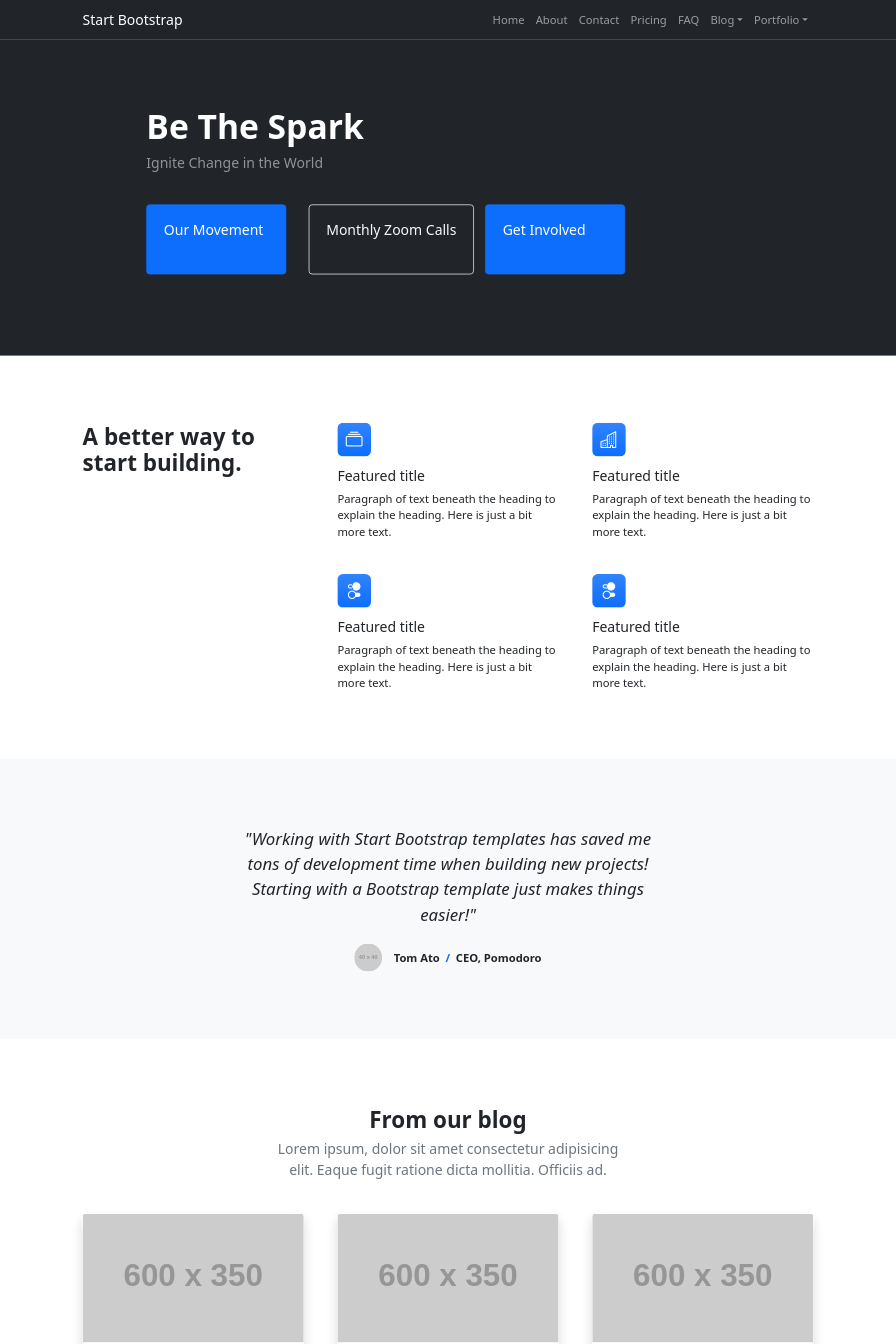
Repository: DragonFruit8/BeTheSpark
Page: index.html
An editor plug-in stored every save of this project. The page is shown before and after the next save, followed by the edit.
The browser window is 1280 px wide. The pictures show the part of the page from y = 0 to 1920 px (the page is 2652 px tall), at 70% of full size.

Above is the page before, as saved 2024-01-05 08:36:30.

After the next save:
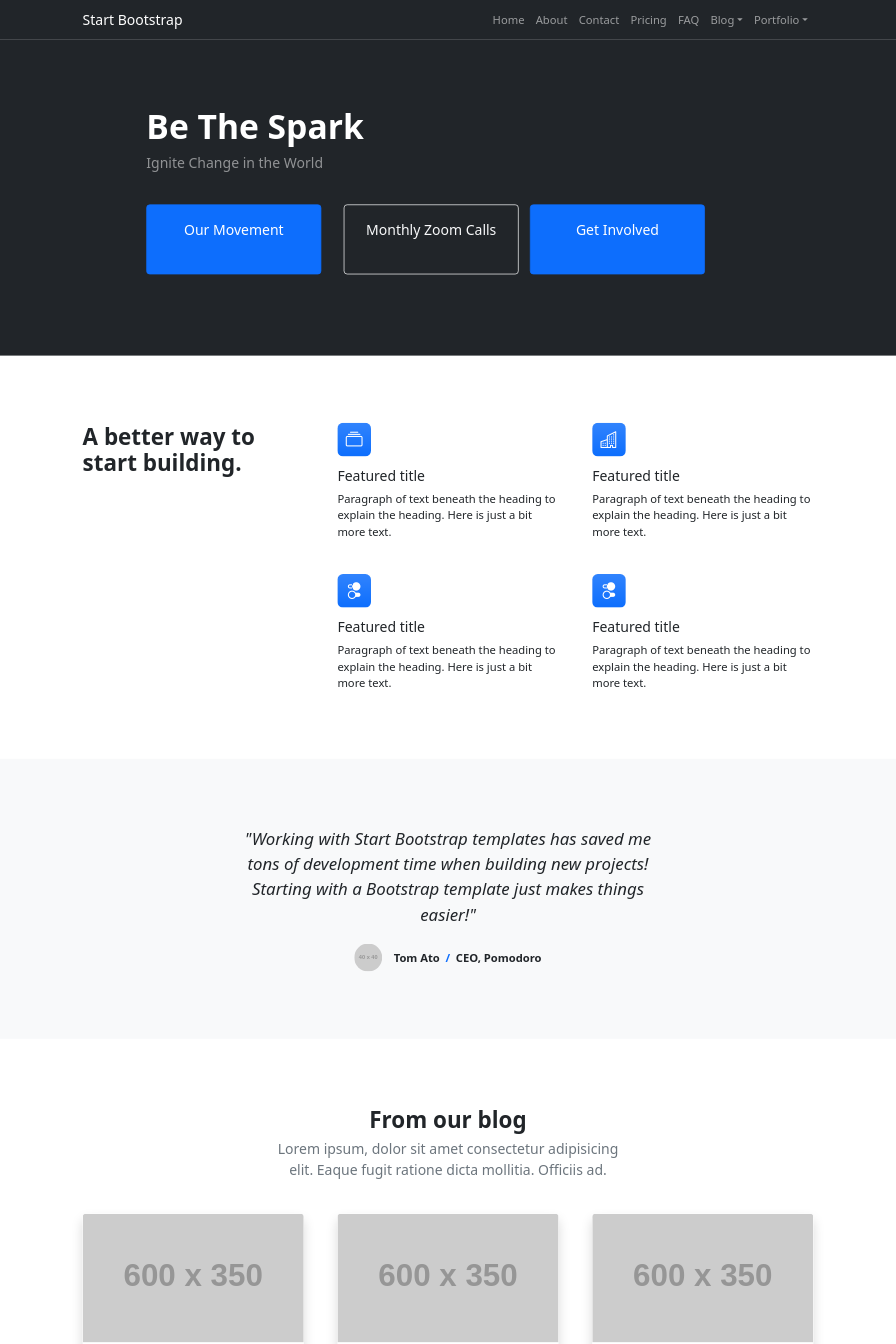
Saved 36 s later.
--- a/css/home.css
+++ b/css/home.css
@@ -45,10 +45,11 @@
     #CTA a{
         display: inline-flex;
         flex-direction: row;
-        min-height:100px;
-        min-width: 200px;
-        margin-top: 20px;
-        margin-bottom: 20px;
+        max-height: 100px !important;
+        max-width: fit-content !important;
+        min-width: 250px !important;
+        text-align: center;
+        justify-content: center;
         border-radius: 5px;
     }
 }
